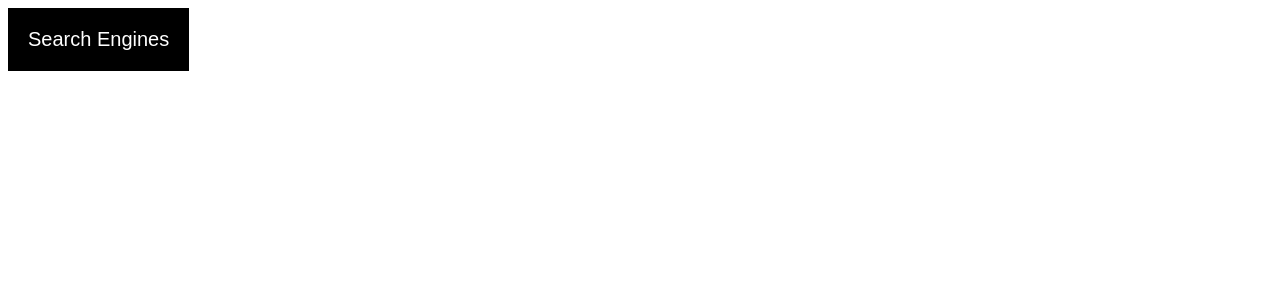
Repository: VidalLopez/VidalLopez.github.io
Page: index2.html
The author's editor kept a record of every edit. The page is drawn from the files as they stood at one moment, then again after the next edit.
The browser window is 1280 px wide. The pictures show the whole page.

Above is the page before.

After the next edit:
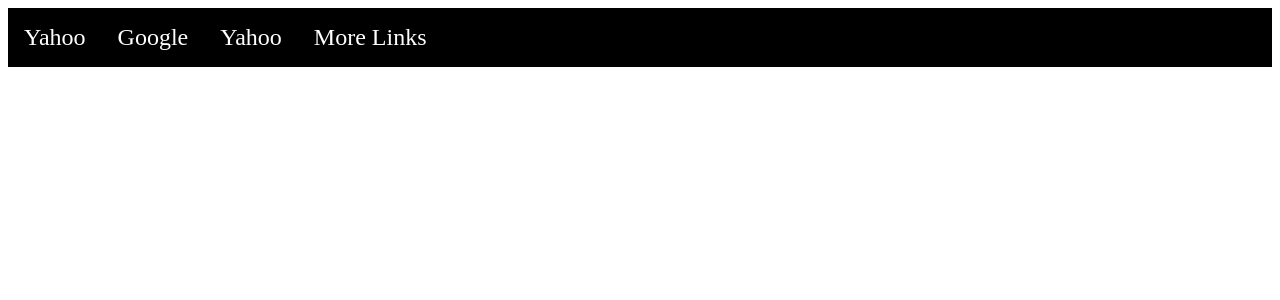
The edit:
--- a/index2.html
+++ b/index2.html
@@ -1,43 +1,79 @@
 <!DOCTYPE html>
 <html>
-<head>
-<style>
-.dropbtn {
-    background-color: black;
-    color: white;
-    padding: 20px;
-    font-size: 20px;
-    border: none;
-}
-.dropdown {
-    position: relative;
-    display: inline-block;
-}
-.dropdown-content {
-    display: none;
-    position: absolute;
-    background-color: lightgrey;
-    min-width: 20px;
-    z-index: 1;
-}
-.dropdown-content a {
-    color: black;
-    padding: 20px 20px;
-    text-decoration: none;
-    display: block;
-}
-.dropdown-content a:hover {background-color: blue;}
-.dropdown:hover .dropdown-content {display: block;}
-.dropdown:hover .dropbtn {background-color: grey;}
-</style>
-</head>
-<div class="dropdown">
-<button class="dropbtn">Search Engines</button>
-<div class="dropdown-content">
-    <a href="https://www.bing.com">Google</a>
-<a href="https://www.google.com">Bing</a>
-<a href="https://www.Yahoo.com">Yahoo</a>
-</div>
-</div>
-</body>
+  <head>
+
+    <title>repl.it</title>
+
+    <style>
+      .navbar{
+        background-color: black;
+        overflow: hidden;
+      }
+
+      .navbar a {
+        color: white;
+        font-size: 24px;
+        text-decoration: none;
+        padding:16px;
+        float:left;
+      }
+
+      .morelinks{
+        color: white;
+        font-size: 24px;
+        text-decoration: none;
+        padding:16px;
+      }
+
+      .navbar a:hover, .morelinks:hover{
+        background-color: pink;
+      }
+
+      .dropdown:hover .dropdown-content{
+        display:block;
+      }
+
+      .dropdown-content{
+        position: absolute;
+        z-index:  1;
+        display:none;
+        background-color: black;
+      }
+
+      .dropdown{
+        background-color: black;
+        color: white;
+        float: left;
+        text-decoration: none;
+        font-size: 24px;
+
+      }
+
+      .dropdown-content a{
+        float: none;
+        display:block;
+      }
+
+
+
+
+    </style>
+
+  </head>
+  <body>
+    <div class="navbar">
+      <a href="https://www.yahoo.com">Yahoo</a>
+      <a href="https://www.google.com">Google</a>
+      <a href="https://www.yahoo.com">Yahoo</a>
+      <div class="dropdown">
+        <div class="morelinks">More Links</div>
+        <div class="dropdown-content">
+          <a href="https://www.awseducate.com">AWS Educate</a>
+          <a href="https://www.collegeboard.org">College Board</a>
+        </div>
+      </div>
+
+    </div>
+
+  </body>
 </html>
